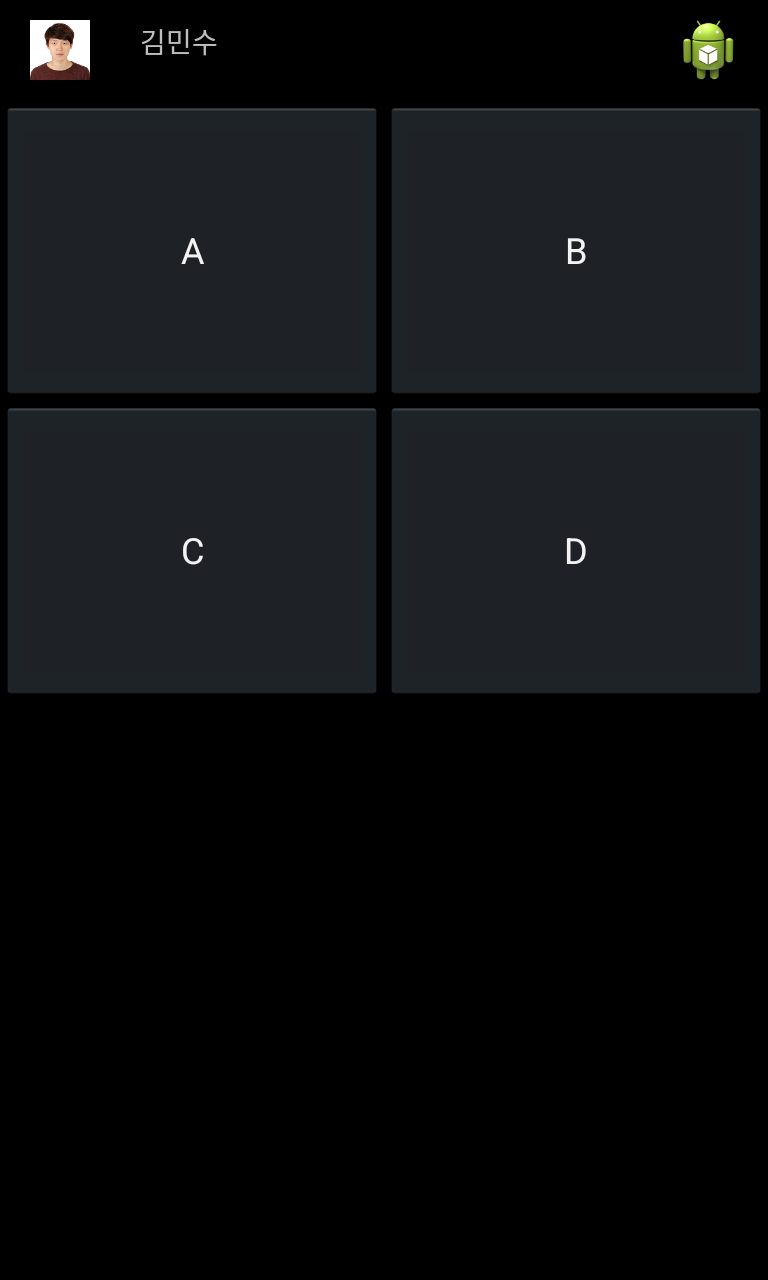
Repository: Minsu-Daniel-Kim/tipinboard1.0
Layout: TipinBoard1.0/res/layout/activity_main.xml
The author's editor kept a copy of each file at every save. The layout is drawn from the files as they stood at one save, then again after the next save.
It is drawn on a 768 x 1280 px phone screen (xhdpi) without system bars, with theme android:Theme.Holo; the app's code is not run.

Above is the layout before, as saved 2013-04-15 09:54:58.

After the next save:
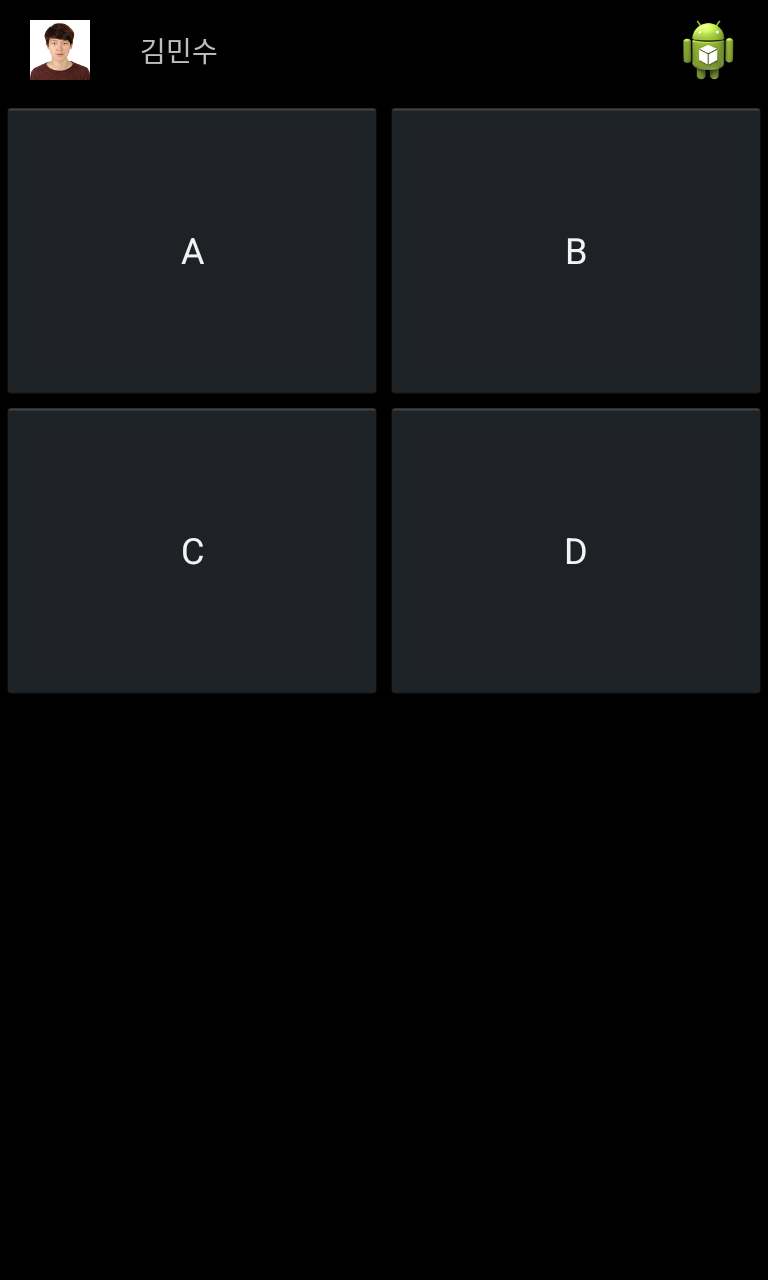
Saved 15 s later.
--- a/TipinBoard1.0/res/layout/activity_main.xml
+++ b/TipinBoard1.0/res/layout/activity_main.xml
@@ -25,8 +25,9 @@
             android:id="@+id/tv_username"
             android:layout_toRightOf="@+id/iv_profile"
             android:layout_width="wrap_content"
-            android:layout_height="wrap_content"
+            android:layout_height="fill_parent"
             android:layout_margin="10dp"
+            android:gravity="center_vertical"
             android:text="김민수" />
 
         <ImageView
